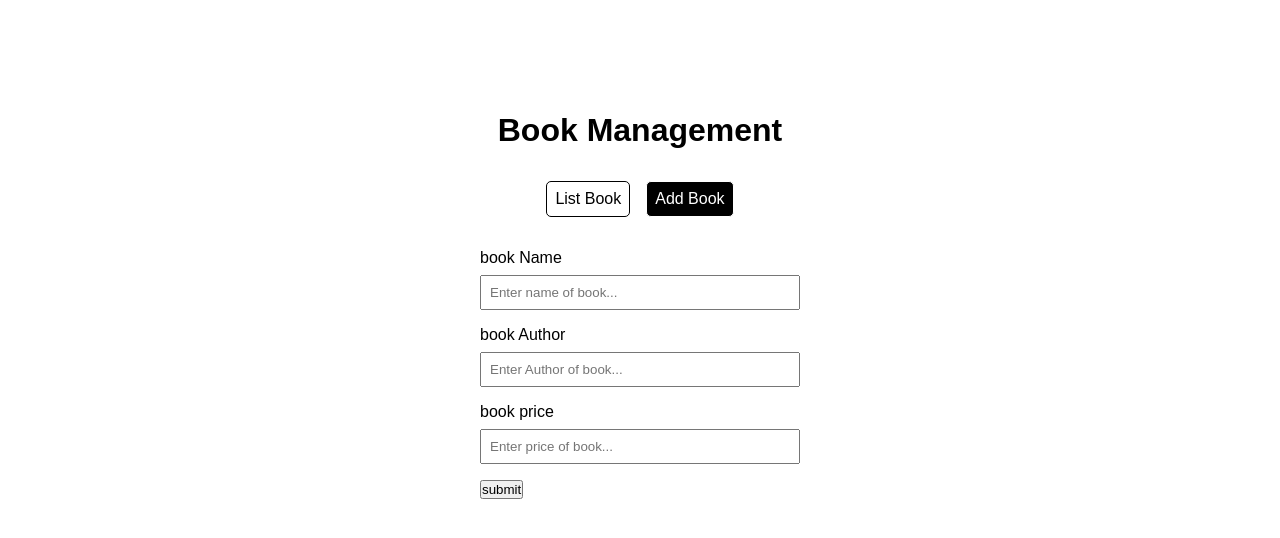
Repository: wakoya-tech/e-library-app1
Page: /add
These files come from the project's save history. The page is drawn as it stood at one moment and after the next save; the edit follows.
The browser window is 1280 px wide. The pictures show the whole page.
The project was rebuilt for these pictures with package versions that can differ from the ones it lists, and the page was loaded fresh each time. Also part of the build but not shown: vite.config.js, src/components/ListBook.jsx.

Above is the page before, as saved 2025-10-11 23:17:51.

### src/main.jsx
import React from 'react'
import ReactDOM from 'react-dom/client'
import { BrowserRouter } from 'react-router-dom'
import App from './App'
ReactDOM.createRoot(document.getElementById('root')).render(
  <React.StrictMode>
    <BrowserRouter>
    <App />
    </BrowserRouter>

  </React.StrictMode>,
)

### src/App.jsx
import './App.css';
import Header from './components/Header.jsx';
import { Routes, Route } from "react-router-dom";
import ListBook from './components/ListBook.jsx';
import AddBook from './components/AddBook.jsx';
import BookForm from './form/BookForm.jsx';
function App() {
  return (
    <div className="App">
      <Header />
    <Routes>
     < Route path='/' element={<ListBook/>}/>
     < Route path='/add' element={<AddBook/>}/>
    </Routes>
    </div>
  );
}

export default App;

### src/App.css
*{
  margin: 0;
  padding: 0;
  box-sizing: border-box;
}
body{
  font-family: Arial, Helvetica, sans-serif;
}
.container{
  max-width: 40rem;

  margin: 7rem auto 0;
}
header{
  text-align: center;

}
header nav{
  margin-top: 2rem;
  display: flex;
  justify-content: center;
  gap: 1rem;
}
header nav > a {
  text-decoration: none;
  border: 1px solid;
  padding: 0.5rem;
  border-radius: 5px;
  color: black;
}
header nav > .active{
  background: black;
  color: white;
}
.form{
  margin: 2rem auto;
  max-width: 20rem;
}
.inputField{
  display: flex;
  flex-direction: column;
  gap:0.5rem;
  margin-bottom:1rem;
}
.inputField input {
  padding: 0.5rem 1rem 0.5rem 0;
  text-indent: 0.5rem;
}
.form .btn {
background:  black;
border: 1px solid black;
}

### src/components/Header.jsx
import React from "react"
import { NavLink } from "react-router-dom"
import { BrowserRouter as Router, Routes, Route } from 'react-router-dom';
function Header(){
    const navigation =[
        {path:'/',name:'List Book'},
        { path:'/add', name:'Add Book'}
    ]
    return(<div className="container">
<header>
    <h1>Book Management</h1>
    <nav>
       {navigation.map(nav=>(
        <NavLink
       key={nav.name}
        to={nav.path}>
{nav.name}
        </NavLink>
       ))}
         </nav>
</header>
    </div>)
}
export default Header

### src/components/AddBook.jsx
import BookForm from "../form/BookForm.jsx"
const AddBook = () =>{
    const handleOnSubmit=()=>{
        console.log("Add new book");
    }
    return(
        <div className="addForm">
            <BookForm handleSubmit={handleOnSubmit}/>
        </div>

    )
}
export default AddBook

### src/form/BookForm.jsx


const  BookForm=({handleSubmit})=> {
const onSubmit=(e)=>{
    e.preventDefault();
    handleSubmit();
}
    const renderInputField = (label,placeholder,name)=>(
        <div className="inputField">

       <label>{label}</label>
            <input name={name} type="text" placeholder={placeholder} />
        </div>
    )
  return (
<form onSubmit={onSubmit} className="form">

{renderInputField('book Name ','Enter name of book...','name')}
{renderInputField('book Author ','Enter Author of book...','author')}
{renderInputField('book price' ,'Enter price of book...','price')}
<button type="submit"className="btnForm">submit</button>
</form>
  )
}

export default BookForm

Loaded but not shown: index.html (common file)

After the next save:
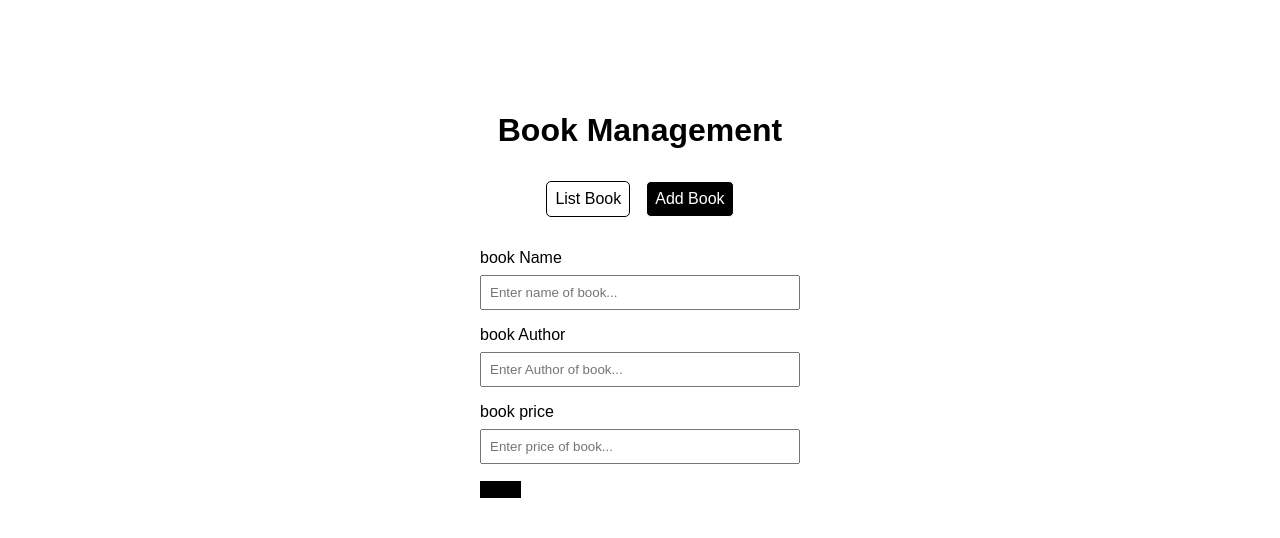
Saved 18 s later.
--- a/src/App.css
+++ b/src/App.css
@@ -46,7 +46,7 @@ header nav > .active{
   padding: 0.5rem 1rem 0.5rem 0;
   text-indent: 0.5rem;
 }
-.form .btn {
+.form .btnForm {
 background:  black;
 border: 1px solid black;
 }
